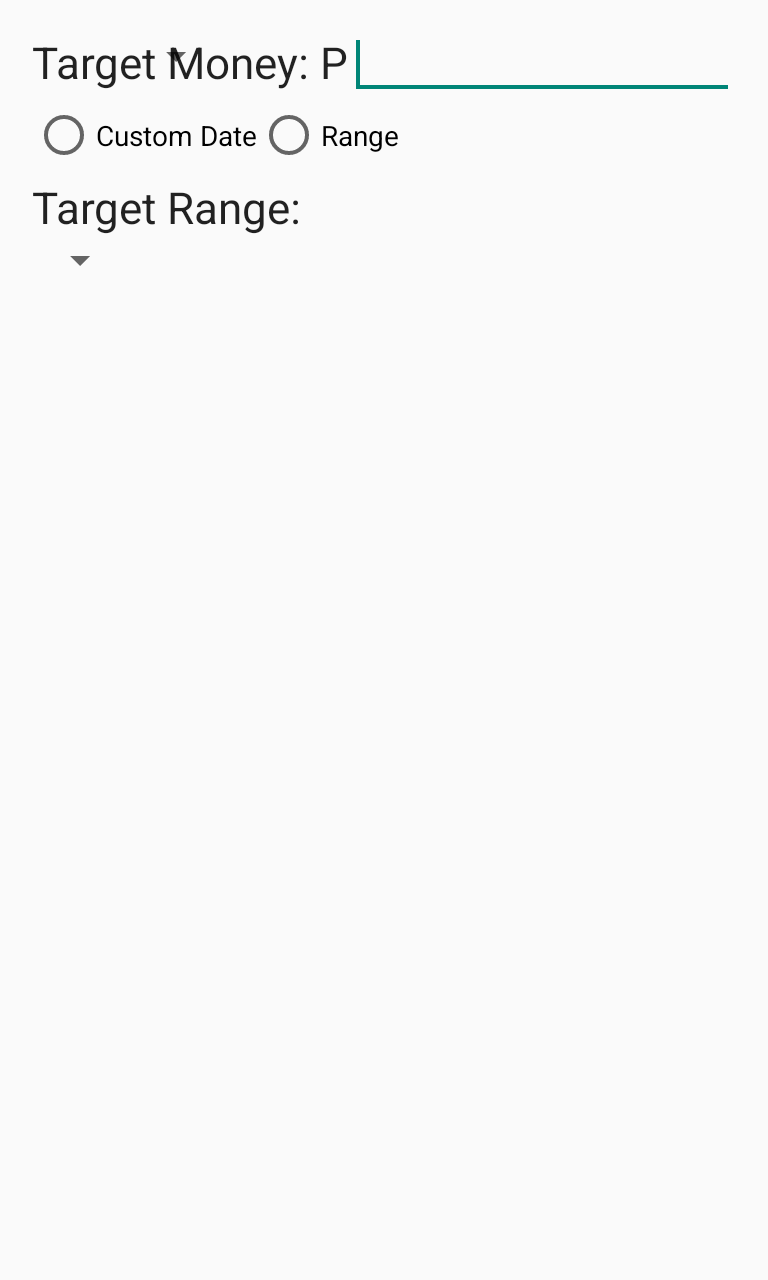
Repository: japheth-starita/SavingsApp
Layout: SavingsApp/res/layout/activity_preferences.xml
These files come from the project's save history. The layout is drawn as it stood at one moment and after the next save; the edit follows.
It is drawn on a 768 x 1280 px phone screen (xhdpi) without system bars, with theme AppTheme; the app's code is not run.

Above is the layout before, as saved 2016-01-30 09:43:24.

### SavingsApp/res/layout/activity_preferences.xml
<RelativeLayout xmlns:android="http://schemas.android.com/apk/res/android"
    xmlns:tools="http://schemas.android.com/tools"
    android:layout_width="match_parent"
    android:layout_height="match_parent"
    android:paddingBottom="@dimen/activity_vertical_margin"
    android:paddingLeft="@dimen/activity_horizontal_margin"
    android:paddingRight="@dimen/activity_horizontal_margin"
    android:paddingTop="@dimen/activity_vertical_margin"
    tools:context="com.cobaltsteel.savingsapp.PreferencesActivity" >

    <TextView
        android:id="@+id/lblTargetMoney"
        android:layout_width="wrap_content"
        android:layout_height="wrap_content"
        android:textAppearance="?android:attr/textAppearanceLarge"
        android:text="Target Money: P" />

    <EditText
        android:id="@+id/txtTargetMoney"
        android:layout_width="fill_parent"
        android:layout_height="wrap_content"
        android:layout_alignBaseline="@+id/lblTargetMoney"
        android:layout_toRightOf="@+id/lblTargetMoney"
        android:inputType="number">
        <requestFocus />
    </EditText>


    <RadioGroup
    android:id="@+id/rbgrpSetting"
    android:layout_width="fill_parent"
    android:layout_height="wrap_content"
    android:orientation="horizontal"
    android:layout_below="@+id/txtTargetMoney">
    <RadioButton android:id="@+id/rbDate"
        android:layout_width="wrap_content"
        android:layout_height="wrap_content"
        android:text="Custom Date"
        android:onClick="onRadioButtonClicked"/>
    <RadioButton android:id="@+id/rbRange"
        android:layout_width="wrap_content"
        android:layout_height="wrap_content"
        android:text="Range"
        android:onClick="onRadioButtonClicked"/>
	</RadioGroup>

   <DatePicker
        android:id="@+id/dptargetDate"
        android:layout_width="wrap_content"
        android:layout_height="wrap_content"
        android:layout_below="@+id/rbgrpSetting"
        android:layout_centerHorizontal="true"
        android:clickable="false"
        android:visibility="gone"/>

    <TextView
        android:layout_marginTop="5dp"
        android:id="@+id/lblTargetRange"
        android:layout_width="wrap_content"
        android:layout_height="wrap_content"
        android:layout_below="@+id/dptargetDate"
        android:textAppearance="?android:attr/textAppearanceLarge"
        android:text="Target Range:" />
	<Spinner
        android:id="@+id/spTargetNumber"
        android:layout_width="wrap_content"
        android:layout_height="wrap_content"
        android:layout_below="@+id/lblTargetRange"
        android:clickable="false"/>
    <Spinner
        android:id="@+id/spTargetRange"
        android:layout_width="wrap_content"
        android:layout_height="wrap_content"
        android:layout_alignBaseline="@+id/spTargetNumber"
        android:layout_toRightOf="@+id/spTargetNumber"
        android:clickable="false"/>

</RelativeLayout>

Loaded but not shown: SavingsApp/res/values/styles.xml (common file); SavingsApp/res/values-v11/styles.xml (common file); SavingsApp/res/values-v14/styles.xml (common file); SavingsApp/res/values/dimens.xml (common file); SavingsApp/res/values-w820dp/dimens.xml (common file)

After the next save:
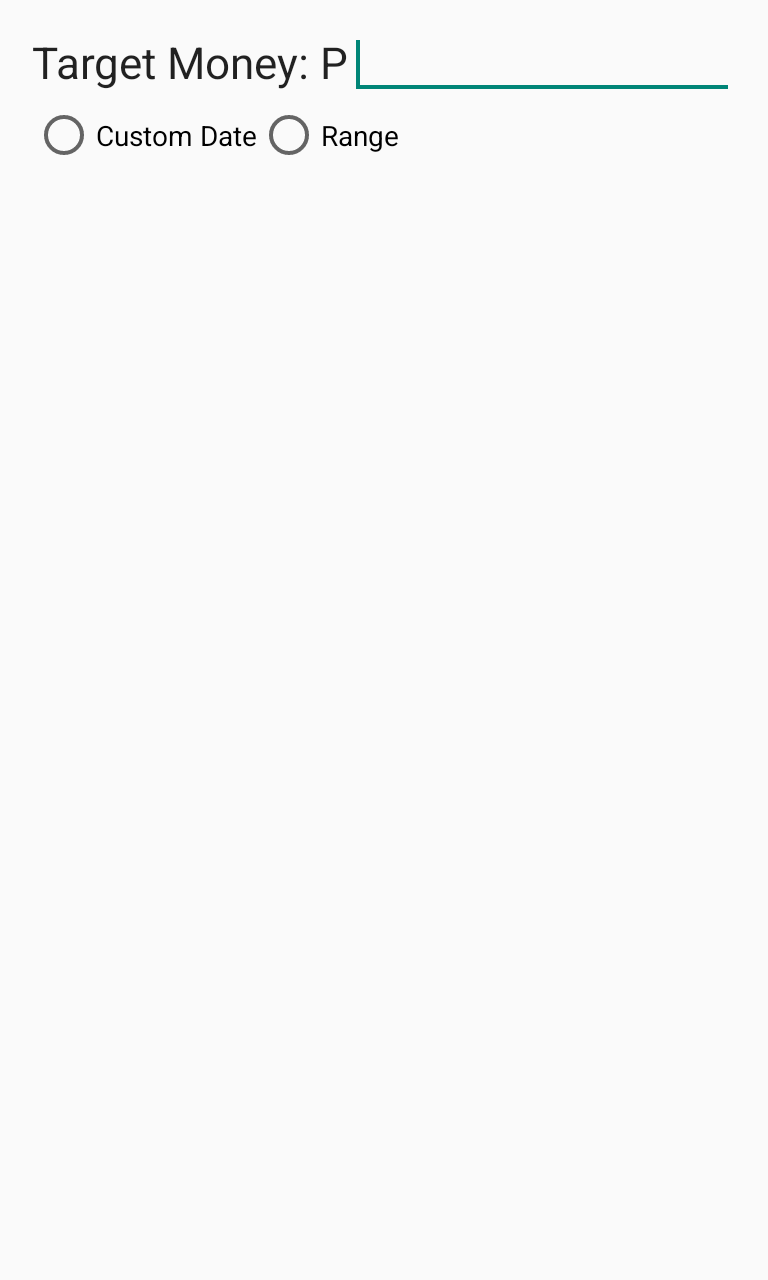
Saved 80 s later.
--- a/SavingsApp/res/layout/activity_preferences.xml
+++ b/SavingsApp/res/layout/activity_preferences.xml
@@ -60,19 +60,22 @@
         android:layout_height="wrap_content"
         android:layout_below="@+id/dptargetDate"
         android:textAppearance="?android:attr/textAppearanceLarge"
-        android:text="Target Range:" />
+        android:text="Target Range:"
+        android:visibility="gone" />
 	<Spinner
         android:id="@+id/spTargetNumber"
         android:layout_width="wrap_content"
         android:layout_height="wrap_content"
         android:layout_below="@+id/lblTargetRange"
-        android:clickable="false"/>
+        android:clickable="false"
+        android:visibility="gone"/>
     <Spinner
         android:id="@+id/spTargetRange"
         android:layout_width="wrap_content"
         android:layout_height="wrap_content"
         android:layout_alignBaseline="@+id/spTargetNumber"
         android:layout_toRightOf="@+id/spTargetNumber"
-        android:clickable="false"/>
+        android:clickable="false"
+        android:visibility="gone"/>
 
 </RelativeLayout>
